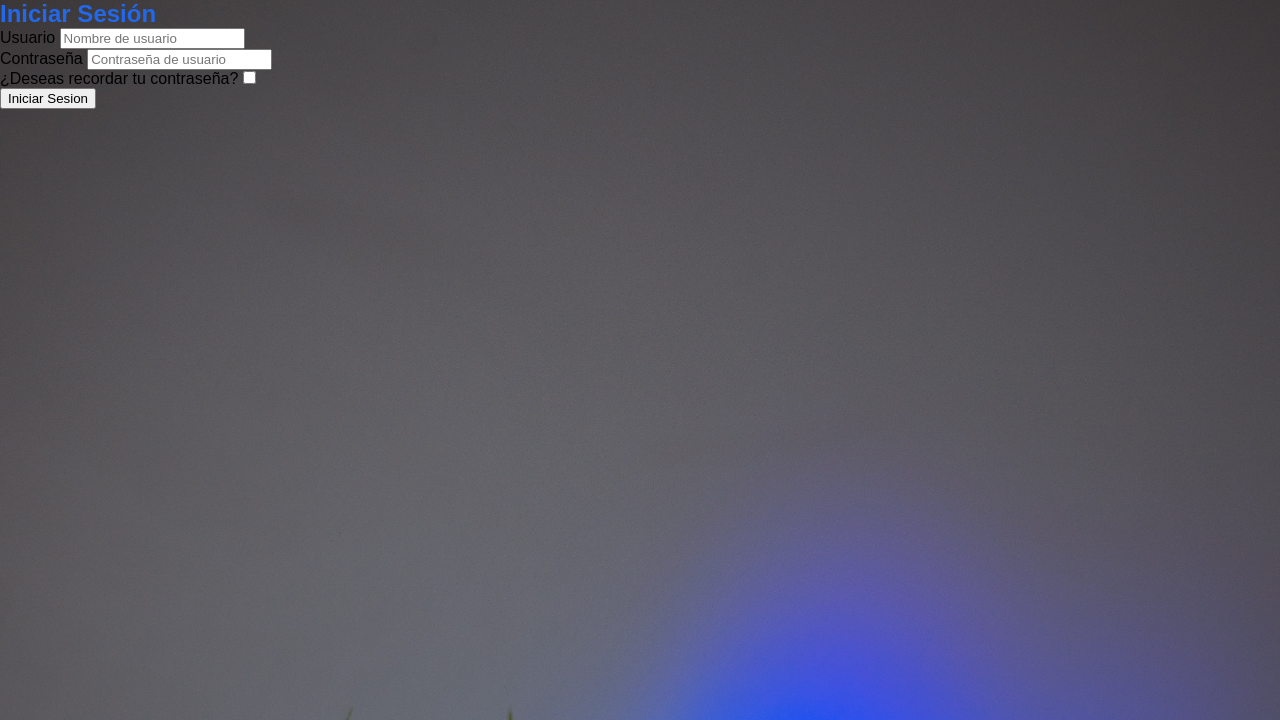
Repository: TzMichaelYT/ModuloHTMLCSS
Page: formularioHTML/index.html
These files come from the project's save history. The page is drawn as it stood at one moment and after the next save; the edit follows.
The browser window is 1280 px wide. The pictures show the whole page.

Above is the page before, as saved 2021-07-14 19:37:46.

After the next save:
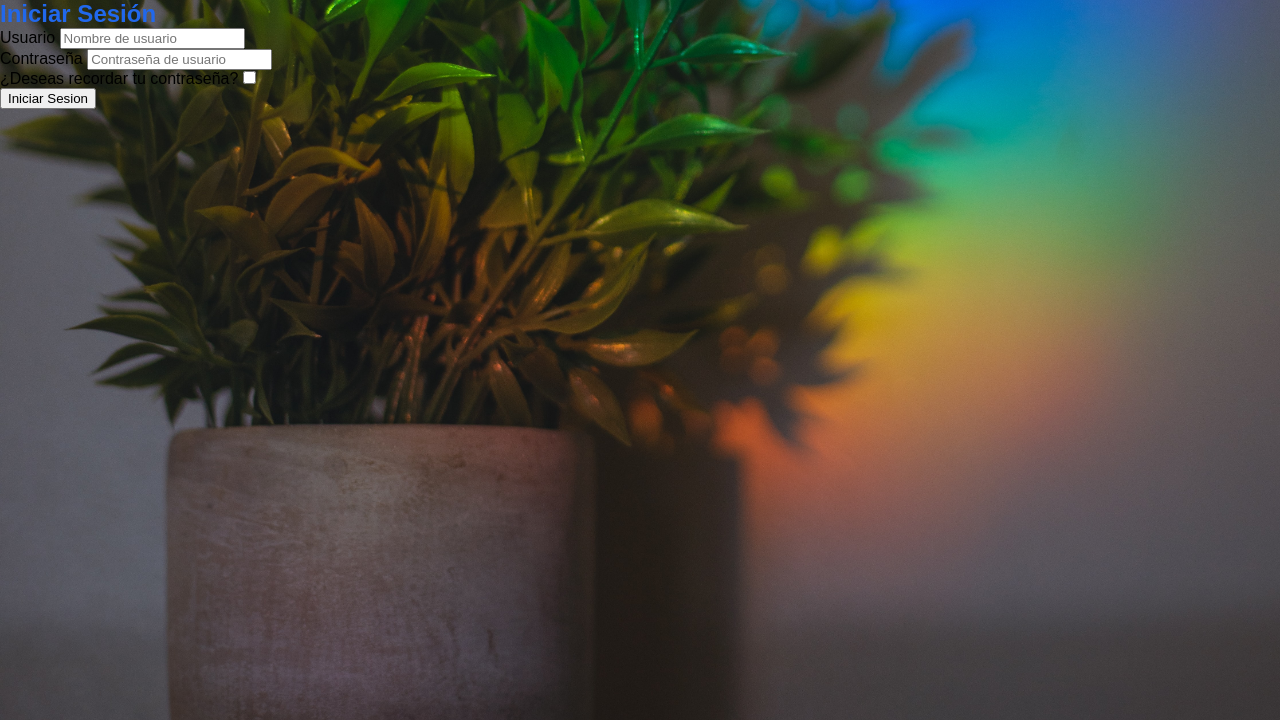
Saved 42 s later.
--- a/formularioHTML/styles/styles.css
+++ b/formularioHTML/styles/styles.css
@@ -14,6 +14,7 @@
     background-image: url('../img/matica.jpg');
     background-size: cover;
     background-repeat: no-repeat;
+    background-position-y: 50%;
 }
 /* contendedor formulario */
 
